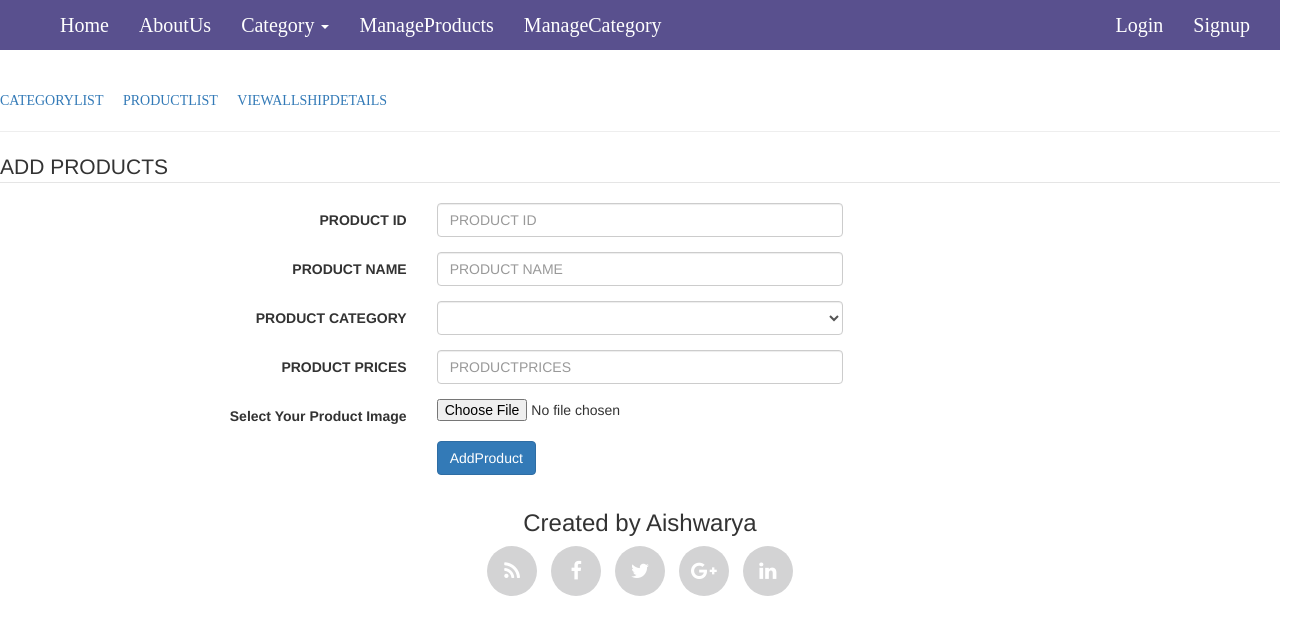
Repository: qwertuy/DTPROGRAMSPROJECTS
Page: http://localhost/Ecommerce/WEB-INF/views/Adding.jsp
The author's editor kept a copy of each file at every save. The page is drawn from the files as they stood at one save, then again after the next save.
The browser window is 1280 px wide. The page is 1295 px wide, so the pictures cover 1295 px, including what lies to the right of the window. The pictures show the whole page.
Some web libraries are served in a nearby version. The page is served by Tomcat 9. Nobody is signed in. Other server files are loaded and not shown. The template is opened directly, without the code that normally fills it, so the values that code supplies are empty.

Above is the page before, as saved 2018-03-18 11:24:21.
Console error: SyntaxError: Unexpected token '{'

### Ecommerce/src/main/webapp/WEB-INF/views/Adding.jsp
<%@ page language="java" contentType="text/html; charset=ISO-8859-1"
    pageEncoding="ISO-8859-1"%>
<!DOCTYPE html PUBLIC "-//W3C//DTD HTML 4.01 Transitional//EN" "http://www.w3.org/TR/html4/loose.dtd">

<%@ taglib prefix="form" uri="http://www.springframework.org/tags/form"%>
<%@ taglib uri="http://java.sun.com/jsp/jstl/core" prefix="c"%>

<html>
<head>
<meta http-equiv="Content-Type" content="text/html; charset=ISO-8859-1">
<title>Insert title here</title>
<!-- To Access the Bootstrap link -->
<link rel="stylesheet" href="https://maxcdn.bootstrapcdn.com/bootstrap/3.3.7/css/bootstrap.min.css">
<script src="https://ajax.googleapis.com/ajax/libs/jquery/3.2.1/jquery.min.js"></script>
<script src="https://maxcdn.bootstrapcdn.com/bootstrap/3.3.7/js/bootstrap.min.js"></script>
<link href="//maxcdn.bootstrapcdn.com/font-awesome/4.1.0/css/font-awesome.min.css" rel="stylesheet">

</head>
<body>

<!-- AddProduct coding  started -->
<jsp:include page="header.jsp"></jsp:include><br><br>
<a href="categorylist" style="font-family: Baskerville Old Face;">CATEGORYLIST</a>&nbsp;&nbsp;&nbsp;&nbsp;
<!-- <a href="supplierlist" style="font-family: fantasy;">SUPPLIERLIST</a>&nbsp;&nbsp;&nbsp;&nbsp; -->
<a href="productlistview" style="font-family: fantasy;">PRODUCTLIST</a>&nbsp;&nbsp;&nbsp;&nbsp;
<a href="viewshipdetails" style="font-family: fantasy;">VIEWALLSHIPDETAILS</a>&nbsp;&nbsp;&nbsp;&nbsp;

<hr>
<form class="form-horizontal" action="addProduct" method="post" enctype="multipart/form-data">
<fieldset>

<!-- Form Name -->
<legend>ADD PRODUCTS</legend>

<!-- Text input-->
<div class="form-group">
  <label class="col-md-4 control-label" for="product_id">PRODUCT ID</label>
  <div class="col-md-4">
  <input id="product_id"  name="id" placeholder="PRODUCT ID" class="form-control input-md" required="" type="text">

  </div>
</div>

<!-- Text input-->
<div class="form-group">
  <label class="col-md-4 control-label" for="product_name">PRODUCT NAME</label>
  <div class="col-md-4">
  <input id="product_name" name="pname" placeholder="PRODUCT NAME" class="form-control input-md" required="" type="text">

  </div>
</div>


<!-- Select Basic -->
<div class="form-group">
  <label class="col-md-4 control-label" for="product_categorie">PRODUCT CATEGORY</label>
  <div class="col-md-4">
    <select id="product_categorie" name="cid" class="form-control">

             <c:forEach var="cList" items="${clist}">

                <option value="${cList.categoryid}">${cList.categoryname}</option>
                </c:forEach>
    </select>
  </div>
</div>

<!-- Text input-->
<div class="form-group">
  <label class="col-md-4 control-label" for="product_prices">PRODUCT PRICES</label>
  <div class="col-md-4">
  <input id="available_quantity" name="price" placeholder="PRODUCTPRICES" class="form-control input-md" required="" type="text">

  </div>
</div>

 <!-- File Button -->
<div class="form-group">
  <label class="col-md-4 control-label" for="filebutton">Select Your Product Image</label>
  <div class="col-md-4">
    <input id="filebutton" name="file" class="input-file" type="file">
  </div>
</div>

<!-- Button -->
<div class="form-group">
  <label class="col-md-4 control-label" for="singlebutton"></label>
  <div class="col-md-4">
    <button id="singlebutton" name="singlebutton" class="btn btn-primary">AddProduct</button>
  </div>
  </div>

</fieldset>
</form>

      <%--  <!-- AddCategory -->

       <form class="form-horizontal" action="category"  method="post">
<fieldset>

<!-- Form Name -->
<legend>ADD CATEGORY</legend>

<!-- Text input-->
<div class="form-group">
  <label class="col-md-4 control-label" for="product_id">CATEGORY ID</label>
  <div class="col-md-4">
  <input id="category_id"  name="c_id" placeholder="CATEGORY ID" class="form-control input-md" required="" type="text">

  </div>
</div>

<!-- Text input-->
<div class="form-group">
  <label class="col-md-4 control-label" for="product_name">CATEGORY NAME</label>
  <div class="col-md-4">
  <input id="category_name" name="c_name" placeholder="CATEGORY NAME" class="form-control input-md" required="" type="text">

  </div>
</div>





<!-- Button -->
<div class="form-group">
  <label class="col-md-4 control-label" for="singlebutton"></label>
  <div class="col-md-4">
    <button id="singlebutton" name="singlebutton" class="btn btn-primary">AddCategory</button>
  </div>
  </div>

</fieldset>
</form> --%>
    <jsp:include page="footer.jsp"></jsp:include>


</body>
</html>

### Ecommerce/src/main/webapp/WEB-INF/views/header.jsp
<%@ page language="java" contentType="text/html; charset=ISO-8859-1"
    pageEncoding="ISO-8859-1"%>
    <%@ taglib prefix = "c" uri = "http://java.sun.com/jsp/jstl/core" %>
<!DOCTYPE html PUBLIC "-//W3C//DTD HTML 4.01 Transitional//EN" "http://www.w3.org/TR/html4/loose.dtd">
<html>
<head>
<meta http-equiv="Content-Type" content="text/html; charset=ISO-8859-1">
<title>BOHEMIAN</title>

 <link rel="stylesheet" href="https://maxcdn.bootstrapcdn.com/bootstrap/3.3.7/css/bootstrap.min.css">
  <script src="https://ajax.googleapis.com/ajax/libs/jquery/3.2.1/jquery.min.js"></script>
  <script src="https://maxcdn.bootstrapcdn.com/bootstrap/3.3.7/js/bootstrap.min.js"></script>
  <link href="//maxcdn.bootstrapcdn.com/font-awesome/4.1.0/css/font-awesome.min.css" rel="stylesheet">

<style type="text/css">
  .backgroundclr
  {
    background-color: #59508e;
  }
</style>

<!-- datatable -->
<link rel="stylesheet" href="https://maxcdn.bootstrapcdn.com/bootstrap/3.3.7/css/bootstrap.min.css" integrity="sha384-BVYiiSIFeK1dGmJRAkycuHAHRg32OmUcww7on3RYdg4Va+PmSTsz/K68vbdEjh4u" crossorigin="anonymous">

<link rel="stylesheet" type="text/css" href="./resources/css/dataTables.bootstrap.min.css"/>

<link rel="stylesheet" type="text/css" href="./resources/css/ss.css"/>


<link rel="stylesheet" type="text/css" href="./resources/css/datatables.css"/>


<link rel="stylesheet" type="text/css" href="./resources/css/datatables.min.css"/>

<script
  src="https://code.jquery.com/jquery-3.2.1.min.js"
  integrity="sha256-hwg4gsxgFZhOsEEamdOYGBf13FyQuiTwlAQgxVSNgt4="
  crossorigin="anonymous"></script>
  <script type="text/javascript" src="./resources/js/jquery.dataTables.min.js"></script>
<script type="text/javascript" src="./resources/js/dataTables.bootstrap.min.css"></script>

<script type="text/javascript">
$(document).ready(function(){
    $('.table').DataTable();
});
</script>
<!-- end -->
</head>
<body>
<nav class="backgroundclr">
	<div class="container-fluid">

		<div class="navbar-header">
			<button type="button" class="navbar-toggle collapsed"
				data-toggle="collapse" data-target="#bs-example-navbar-collapse-1"
				aria-expanded="false">
				<span class="sr-only">Toggle navigation</span> <span
					class="icon-bar"></span> <span class="icon-bar"></span> <span
					class="icon-bar"></span>
			</button>

			<a class="navbar-brand" href="./">
			<%-- 	<img src='<c:url value="./resources/images/boho.jpg" />' class="img-circle" width="50px" height="25px" /> --%>
			<%-- <img src="${pageContext.request.contextPath}/resources/images/weblog1.jpg" class="img-circle" width="50px" height="25px"/> --%>
			</a>
		</div>

		<div class="collapse navbar-collapse">
			<ul class="nav navbar-nav">
			  <li ><a href="" style="font-size:20px;color:white;font-family:Aharoni">Home</a></li>
				<li><a href="" style="font-size:20px;color:white;font-family:Aharoni">AboutUs</a></li>
				<li class="dropdown" style="font-family:Aharoni"><a href="#" class="dropdown-toggle" data-toggle="dropdown" role="button" aria-haspopup="true"
					aria-expanded="Aharoni"  style="font-size:20px;color:white">Category <span class="caret"></span></a>
					<ul class="dropdown-menu">

						<c:forEach items="${clist}" var="p">
						 <li><a href="categoryproductlist?id=${p.categoryid}">${p.categoryname}</a></li>
						 <%-- <li><a href='<c:url value="categoryproductlist?id=${p.categoryid}">${p.categoryname}"/>'</a></li> --%>
						</c:forEach>
						</li>

					</ul>

				</li>
					 <li style="font-family:Aharoni"><a href="<c:url value="/admin/add"/>" role="button" aria-haspopup="true"
					aria-expanded="false" style="font-size:20px;color:white">ManageProducts</a>

					<li style="font-family:Aharoni"><a href="<c:url value="/admin/add1"/>" role="button" aria-haspopup="true"
					aria-expanded="false" style="font-size:20px;color:white">ManageCategory</a>

					</li>


					</li>
					<!-- <li><a href="<c:url value="admin/productlistview"/>" style="font-family: fantasy;">PRODUCTLIST</a>-->
			</ul>


				<c:if test="${pageContext.request.userPrincipal.name  == 'admin'}">
                                <li><a href="<c:url value="/admin" />">Admin</a></li>
                 </c:if>
                 </ul>
			  <ul class="nav navbar-nav navbar-right">
			  <c:if test="${pageContext.request.userPrincipal.name == null }">
					<li>
					<%-- <a href=' <c:url value="/login" />'>Login</a> --%>
					</li>
					<li style="font-family:Aharoni" ><a href="<c:url value="admin/add"/>" role="button" aria-haspopup="Aharoni"
					aria-expanded="false" style="font-size:20px;color:white">Login</a> </li>
				<li style="font-family:Aharoni"><a href=' <c:url value="/reg" />'class="Aharoni" style="font-size:20px;color:white">Signup</a></li>

				</c:if>
				<c:if test="${pageContext.request.userPrincipal.name  != null}">
                               <li><a>Welcome: ${pageContext.request.userPrincipal.name}</a></li>
	              				<li><a href='<c:url value="/logout" />'>Signout</a></li>
                 </c:if>

				</ul>

		</div>
	</div>
</nav>
</body>
</html>

### Ecommerce/src/main/webapp/WEB-INF/views/footer.jsp
<%@ page language="java" contentType="text/html; charset=ISO-8859-1"
    pageEncoding="ISO-8859-1"%>
<!DOCTYPE html PUBLIC "-//W3C//DTD HTML 4.01 Transitional//EN" "http://www.w3.org/TR/html4/loose.dtd">
<html>
<head>
<meta http-equiv="Content-Type" content="text/html; charset=ISO-8859-1">
<title>BOHEMIAN</title>
<link rel="stylesheet" href="https://maxcdn.bootstrapcdn.com/bootstrap/3.3.7/css/bootstrap.min.css">
  <script src="https://ajax.googleapis.com/ajax/libs/jquery/3.2.1/jquery.min.js"></script>
  <script src="https://maxcdn.bootstrapcdn.com/bootstrap/3.3.7/js/bootstrap.min.js"></script>
  <link href="//maxcdn.bootstrapcdn.com/font-awesome/4.2.0/css/font-awesome.min.css" rel="stylesheet">
  <style type="text/css">


/*=========================
  Icons
 ================= */

/* footer social icons */
ul.social-network {
	list-style: none;
	display: inline;
	margin-left:0 !important;
	padding: 0;
}
ul.social-network li {
	display: inline;
	margin: 0 5px;
}


/* footer social icons */
.social-network a.icoRss:hover {
	background-color: #F56504;
}
.social-network a.icoFacebook:hover {
	background-color:#3B5998;
}
.social-network a.icoTwitter:hover {
	background-color:#33ccff;
}
.social-network a.icoGoogle:hover {
	background-color:#BD3518;
}
.social-network a.icoVimeo:hover {
	background-color:#0590B8;
}
.social-network a.icoLinkedin:hover {
	background-color:#007bb7;
}
.social-network a.icoRss:hover i, .social-network a.icoFacebook:hover i, .social-network a.icoTwitter:hover i,
.social-network a.icoGoogle:hover i, .social-network a.icoVimeo:hover i, .social-network a.icoLinkedin:hover i {
	color:#fff;
}
a.socialIcon:hover, .socialHoverClass {
	color:#44BCDD;
}

.social-circle li a {
	display:inline-block;
	position:relative;
	margin:0 auto 0 auto;
	-moz-border-radius:50%;
	-webkit-border-radius:50%;
	border-radius:50%;
	text-align:center;
	width: 50px;
	height: 50px;
	font-size:20px;
}
.social-circle li i {
	margin:0;
	line-height:50px;
	text-align: center;
}

.social-circle li a:hover i, .triggeredHover {
	-moz-transform: rotate(360deg);
	-webkit-transform: rotate(360deg);
	-ms--transform: rotate(360deg);
	transform: rotate(360deg);
	-webkit-transition: all 0.2s;
	-moz-transition: all 0.2s;
	-o-transition: all 0.2s;
	-ms-transition: all 0.2s;
	transition: all 0.2s;
}
.social-circle i {
	color: #fff;
	-webkit-transition: all 0.8s;
	-moz-transition: all 0.8s;
	-o-transition: all 0.8s;
	-ms-transition: all 0.8s;
	transition: all 0.8s;
}


  </style>
</head>
<body>
<center><h3>Created by Aishwarya</h3>
<!--Pulling Awesome Font -->



    			<div class="col-md-12">
                    <ul class="social-network social-circle">
                        <li><a href="#" class="icoRss" title="Rss" style="background-color: #D3D3D4"><i class="fa fa-rss"></i></a></li>
                        <li><a href="#" class="icoFacebook" title="Facebook" style="background-color: #D3D3D4"><i class="fa fa-facebook"></i></a></li>
                        <li><a href="#" class="icoTwitter" title="Twitter" style="background-color: #D3D3D4"><i class="fa fa-twitter"></i></a></li>
                        <li><a href="#" class="icoGoogle" title="Google +" style="background-color: #D3D3D4"><i class="fa fa-google-plus"></i></a></li>
                        <li><a href="#" class="icoLinkedin" title="Linkedin" style="background-color: #D3D3D4"><i class="fa fa-linkedin"></i></a></li>
                    </ul>
				</div>

</center>
</body>
</html>

### Ecommerce/src/main/webapp/resources/css/ss.css
@CHARSET "ISO-8859-1";
.c
{
	background: aqua;
}

Loaded but not shown: Ecommerce/src/main/webapp/resources/css/dataTables.bootstrap.min.css (library); Ecommerce/src/main/webapp/resources/css/datatables.css (common file); Ecommerce/src/main/webapp/resources/css/datatables.min.css (library); Ecommerce/src/main/webapp/resources/js/jquery.dataTables.min.js (library)

After the next save:
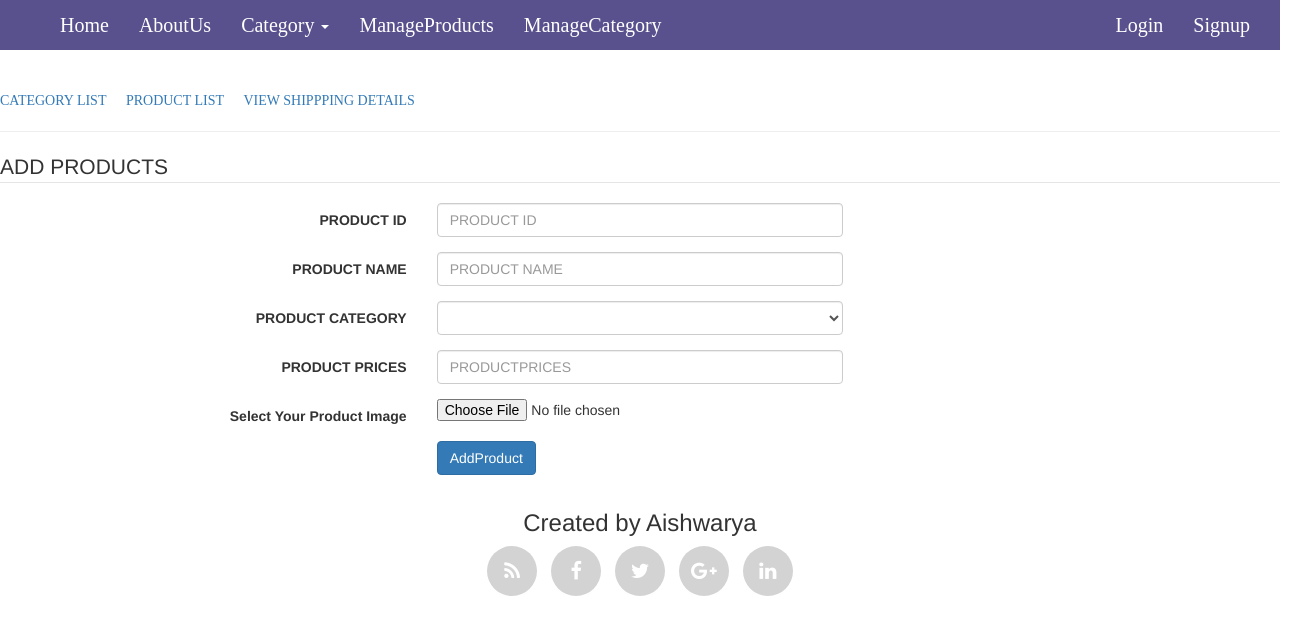
Saved 2 min 21 s later.
--- a/Ecommerce/src/main/webapp/WEB-INF/views/Adding.jsp
+++ b/Ecommerce/src/main/webapp/WEB-INF/views/Adding.jsp
@@ -20,10 +20,10 @@
 
 <!-- AddProduct coding  started -->
 <jsp:include page="header.jsp"></jsp:include><br><br>
-<a href="categorylist" style="font-family: Baskerville Old Face;">CATEGORYLIST</a>&nbsp;&nbsp;&nbsp;&nbsp;
+<a href="categorylist" style="font-family: Baskerville Old Face;">CATEGORY LIST</a>&nbsp;&nbsp;&nbsp;&nbsp;
 <!-- <a href="supplierlist" style="font-family: fantasy;">SUPPLIERLIST</a>&nbsp;&nbsp;&nbsp;&nbsp; -->
-<a href="productlistview" style="font-family: fantasy;">PRODUCTLIST</a>&nbsp;&nbsp;&nbsp;&nbsp;
-<a href="viewshipdetails" style="font-family: fantasy;">VIEWALLSHIPDETAILS</a>&nbsp;&nbsp;&nbsp;&nbsp;
+<a href="productlistview" style="font-family: Baskerville Old Face;">PRODUCT LIST</a>&nbsp;&nbsp;&nbsp;&nbsp;
+<a href="viewshipdetails" style="font-family: Baskerville Old Face;">VIEW SHIPPPING DETAILS</a>&nbsp;&nbsp;&nbsp;&nbsp;
 
 <hr>
 <form class="form-horizontal" action="addProduct" method="post" enctype="multipart/form-data">
